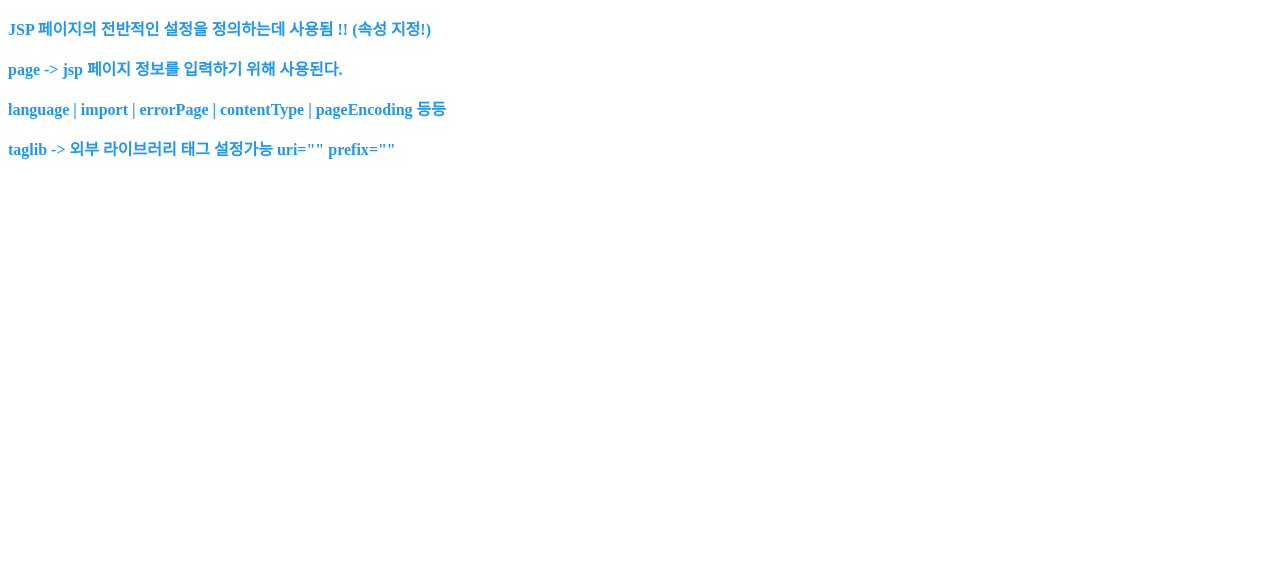
Repository: hyejux/JSP_STUDY
Page: http://localhost/JSPPractice2/JSP_ex2.jsp
An editor plug-in stored every save of this project. The page is shown before and after the next save, followed by the edit.
The browser window is 1280 px wide. The pictures show the whole page.
The page is served by Tomcat 9.

Above is the page before, as saved 2025-01-07 14:58:23.

After the next save:
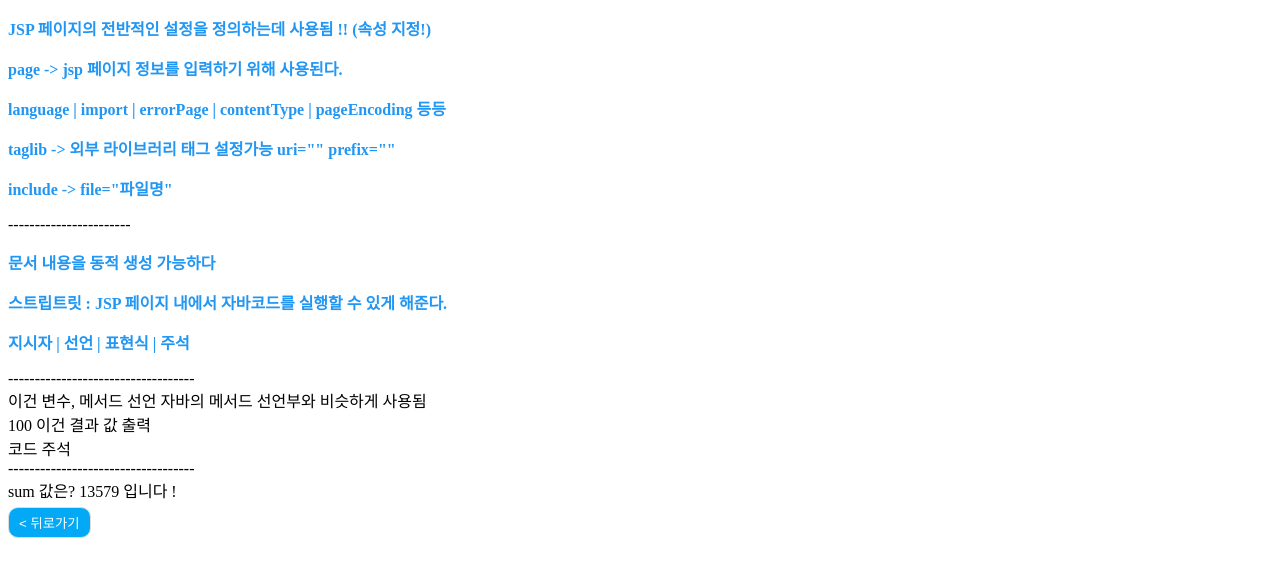
Saved 91 s later.
--- a/JSPPractice2/src/main/webapp/JSP_ex2.jsp
+++ b/JSPPractice2/src/main/webapp/JSP_ex2.jsp
@@ -16,7 +16,14 @@
 <p> language | import | errorPage | contentType | pageEncoding 등등 </p>
 </hr>
 <p> taglib -> 외부 라이브러리 태그 설정가능 uri="" prefix=""</p>
+<p> include -> file="파일명" </p>
 </div>
+
+
+<div> ----------------------- </div>
+
+
+<%@include file="JSP_ex1.jsp" %>
 
 
 </body>
